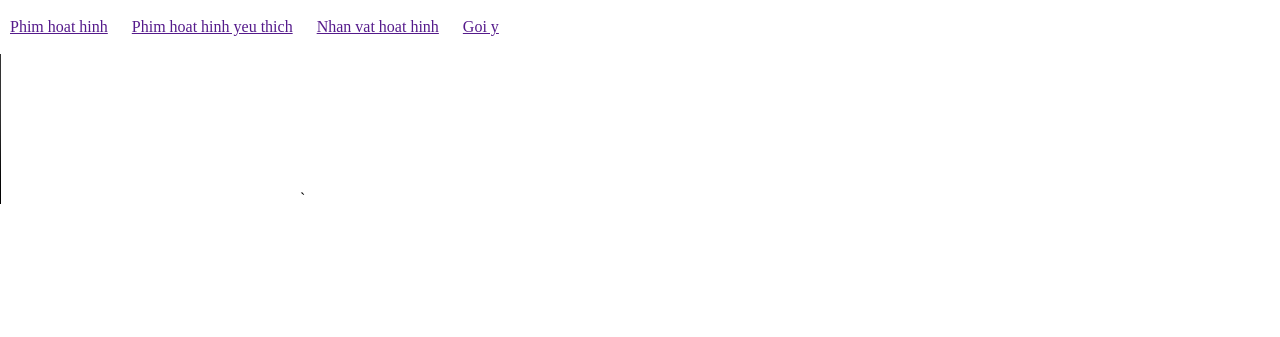
Repository: Lehuyhuynh/BT2-CSS
Page: index.html
An editor plug-in stored every save of this project. The page is shown before and after the next save, followed by the edit.
The browser window is 1280 px wide. The pictures show the whole page.

Above is the page before, as saved 2023-08-19 20:13:35.

### index.html
<!DOCTYPE html>
<html lang="en">
<head>
  <meta charset="UTF-8">
  <link rel="stylesheet" href="style.css">
  <meta name="viewport" content="width=device-width, initial-scale=1.0">
  <title>BT2-CSS</title>
</head>
<body>
  <div class="row">
    <div class="logo">
      <img src="" alt="">
    </div>
    <div class="head-link">
      <a href="">Phim hoat hinh</a>
      <a href="">Phim hoat hinh yeu thich</a>
      <a href="">Nhan vat hoat hinh</a>
      <a href="">Goi y</a>
    </div>

    <div class="row">
      <div class="content">
        <div class="left">
          <div class="list">
            <img src="" alt="">
            <h4></h4>
            <p></p>
          </div>
        </div>
        <div class="menu">
          <video  controls>
            <iframe src="https://www.youtube.com/embed/TdjzYEnoTto" width="500" height="300" allowfullscreen></iframe>
          </video>`

          <p></p>
        </div>
      </div>
    </div>
  </div>

</body>
</html>

### style.css
*{
  box-sizing: border-box;
  margin: 0;padding: 0;
}
.container{
  display:flex;
  grid-gap:20px;
  margin: 10px;

}
.left-container{
  display: grid;
  grid-template-rows: repeat(4, 1fr);
  grid-gap:10px;
}
.right-container{

}
.head-link a{
  padding: 10px;
}

After the next save:
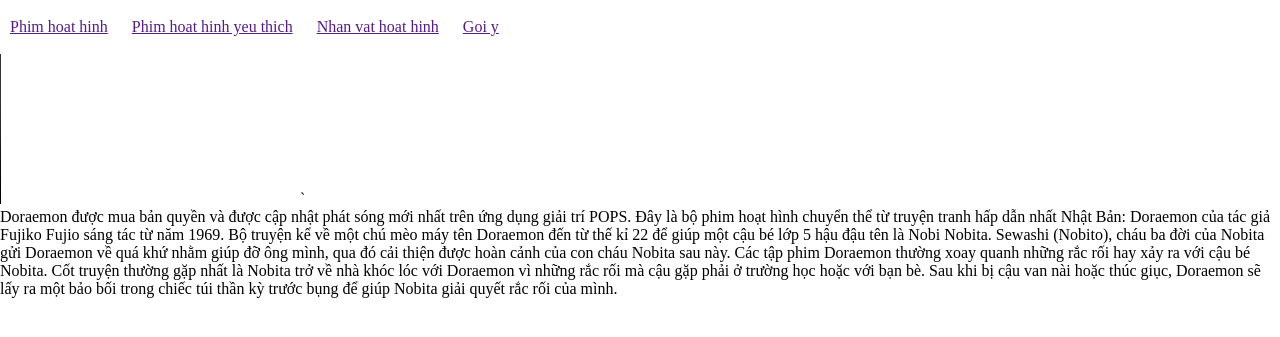
Saved 41 s later.
--- a/index.html
+++ b/index.html
@@ -32,7 +32,11 @@
             <iframe src="https://www.youtube.com/embed/TdjzYEnoTto" width="500" height="300" allowfullscreen></iframe>
           </video>`
 
-          <p></p>
+          <p>Doraemon được mua bản quyền và được cập nhật phát sóng mới nhất trên ứng dụng giải trí POPS. Đây là bộ phim hoạt hình chuyển thể từ truyện tranh hấp dẫn nhất Nhật Bản: Doraemon của tác giả Fujiko Fujio sáng tác từ năm 1969.
+
+            Bộ truyện kể về một chú mèo máy tên Doraemon đến từ thế kỉ 22 để giúp một cậu bé lớp 5 hậu đậu tên là Nobi Nobita. Sewashi (Nobito), cháu ba đời của Nobita gửi Doraemon về quá khứ nhằm giúp đỡ ông mình, qua đó cải thiện được hoàn cảnh của con cháu Nobita sau này.
+
+            Các tập phim Doraemon thường xoay quanh những rắc rối hay xảy ra với cậu bé Nobita. Cốt truyện thường gặp nhất là Nobita trở về nhà khóc lóc với Doraemon vì những rắc rối mà cậu gặp phải ở trường học hoặc với bạn bè. Sau khi bị cậu van nài hoặc thúc giục, Doraemon sẽ lấy ra một bảo bối trong chiếc túi thần kỳ trước bụng để giúp Nobita giải quyết rắc rối của mình. </p>
         </div>
       </div>
     </div>
